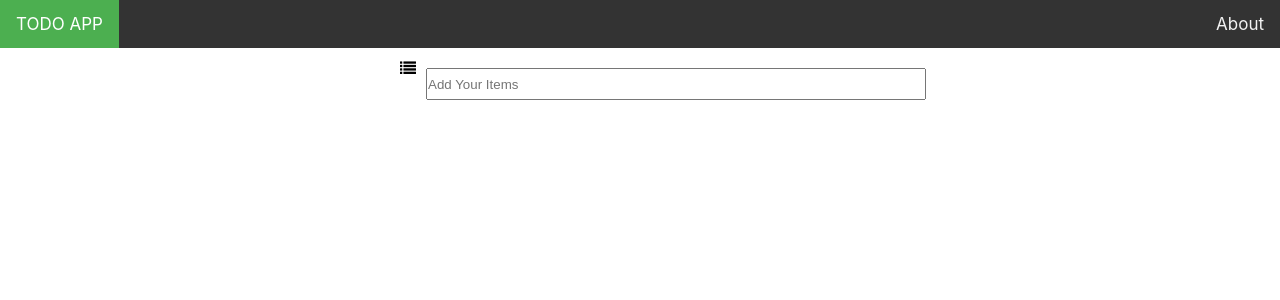
Repository: hoangphuong965/myTodoList
Page: /
The author's editor kept a copy of each file at every save. The page is drawn from the files as they stood at one save, then again after the next save.
The browser window is 1280 px wide. The pictures show the whole page.
The project was rebuilt for these pictures with package versions that can differ from the ones it lists, and the page was loaded fresh each time.

Above is the page before, as saved 2020-06-01 09:41:36.

After the next save:
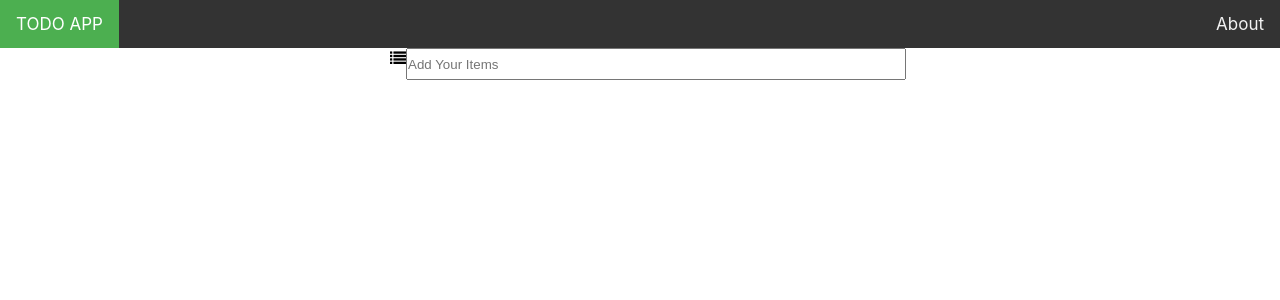
Saved 12 s later.
--- a/src/components/todo.css
+++ b/src/components/todo.css
@@ -12,7 +12,6 @@
 .input{
     width: 500px;
     height: 2rem;
-    margin: 10px;
 }
 
 .form{

After the save that followed:
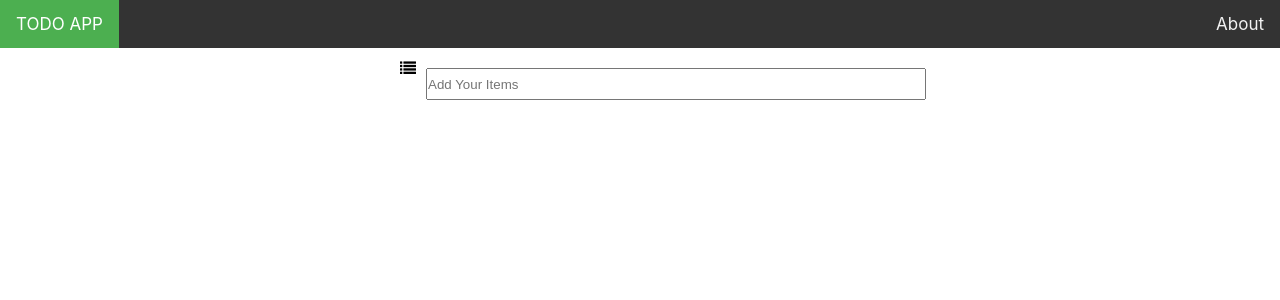
Saved 5 s later.
--- a/src/components/todo.css
+++ b/src/components/todo.css
@@ -12,6 +12,7 @@
 .input{
     width: 500px;
     height: 2rem;
+    margin: 10px;
 }
 
 .form{
